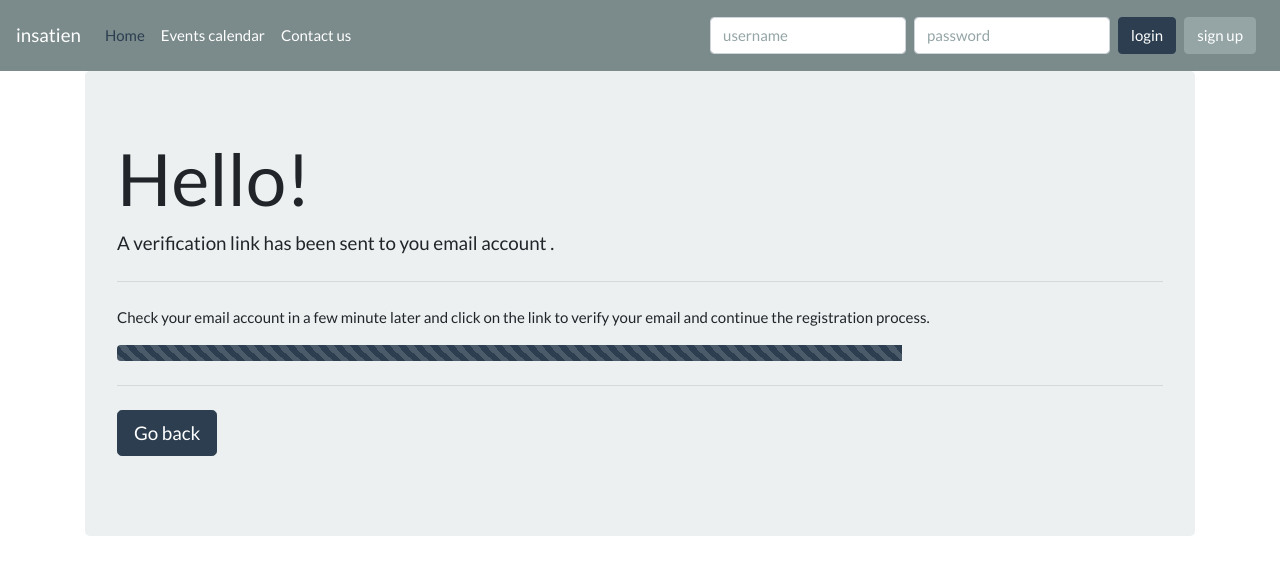
Repository: achourali/insatien
Page: templates/default/comfirmation.html.twig
These files come from the project's save history. The page is drawn as it stood at one moment and after the next save; the edit follows.
The browser window is 1280 px wide. The pictures show the whole page.
The page is a Twig template of a Symfony application; nobody is signed in and links lead nowhere. The template is opened directly, without the code that normally fills it, so the values that code supplies are empty.

Above is the page before, as saved 2020-05-03 04:10:07.

After the next save:
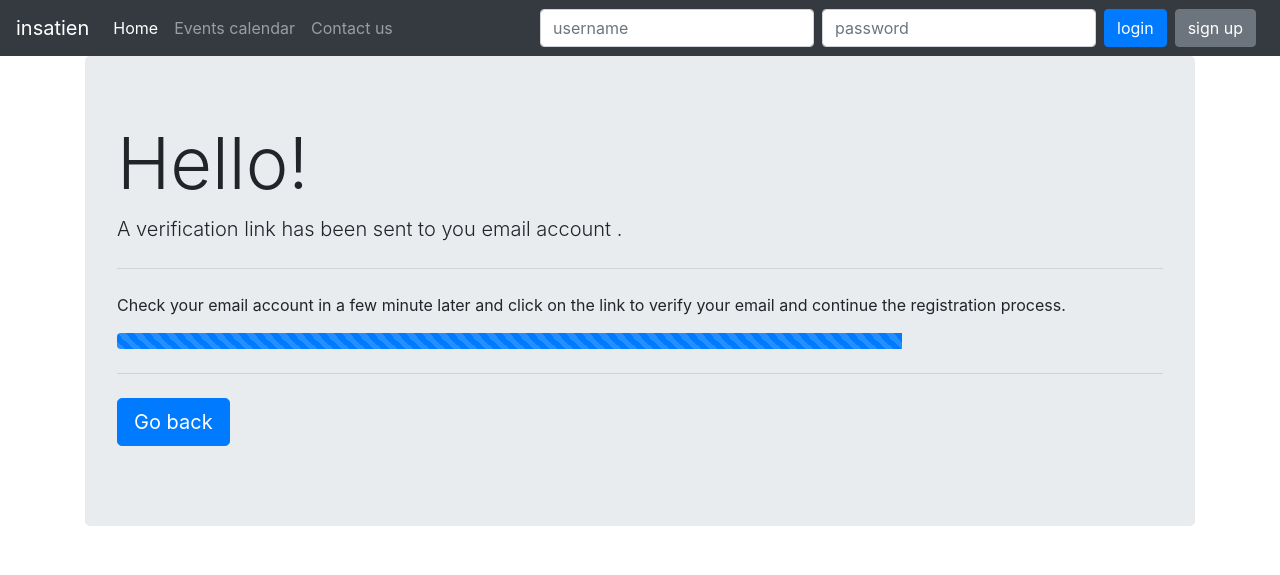
Saved 49 s later.
--- a/templates/base.html.twig
+++ b/templates/base.html.twig
@@ -4,8 +4,7 @@
         <meta charset="UTF-8">
         <title>{% block title %}Welcome!{% endblock %}</title>
         {% block stylesheets %}
-        <link rel="stylesheet" href="https://bootswatch.com/4/flatly/bootstrap.min.css">
-        {% endblock %}
+            <link rel="stylesheet" href="https://stackpath.bootstrapcdn.com/bootstrap/4.4.1/css/bootstrap.min.css" integrity="sha384-Vkoo8x4CGsO3+Hhxv8T/Q5PaXtkKtu6ug5TOeNV6gBiFeWPGFN9MuhOf23Q9Ifjh" crossorigin="anonymous">        {% endblock %}
     </head>
     <body>
        {{ include('inc/navbar.html.twig')}}
